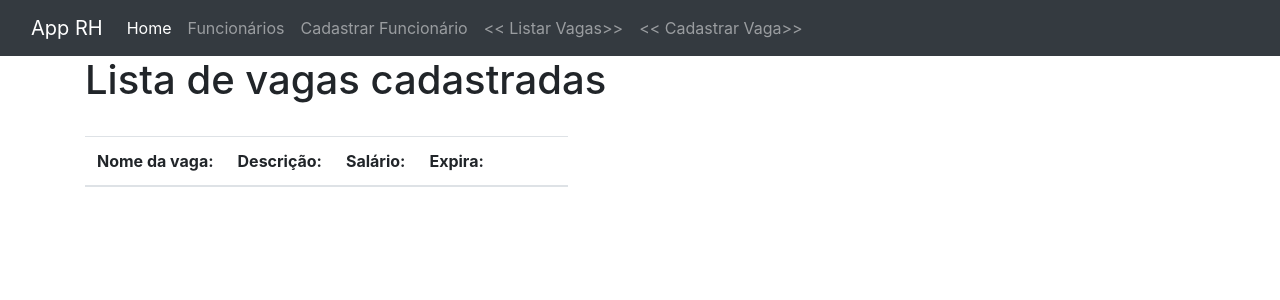
Repository: FilosoDev/SPRING-BOOT-testes
Page: http://localhost/vaga/listaVaga
The author's editor kept a copy of each file at every save. The page is drawn from the files as they stood at one save, then again after the next save.
The browser window is 1280 px wide. The pictures show the whole page.
The page is this project's Thymeleaf template; nobody is signed in. The template is opened directly, without the code that normally fills it, so the values that code supplies are empty.

Above is the page before, as saved 2021-11-22 11:46:27.
Console error: TypeError: Cannot read properties of undefined (reading 'fn')

After the next save:
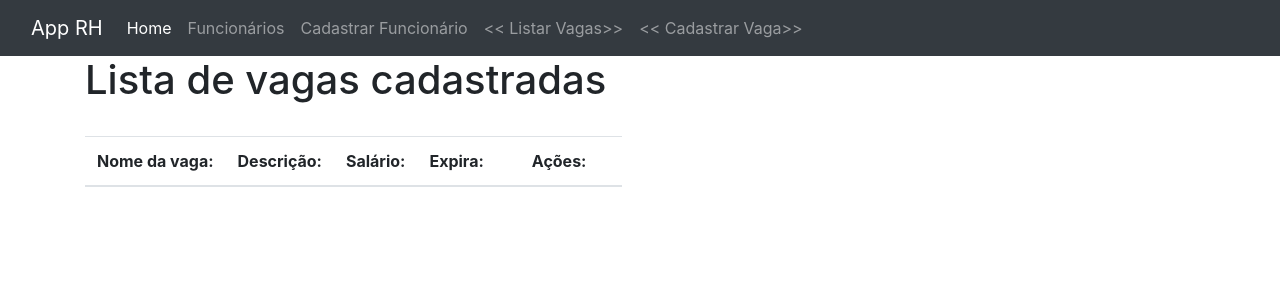
Saved 2 min 15 s later.
--- a/AppRH/AppRH/src/main/resources/templates/vaga/listaVaga.html
+++ b/AppRH/AppRH/src/main/resources/templates/vaga/listaVaga.html
@@ -70,7 +70,7 @@
 					<th scope="col">Salário:</th>
 					<th scope="col">Expira:</th>
 					<th scope="col"></th>
-					<th scope="col"></th>
+					<th scope="col">Ações:</th>
 					<th scope="col"></th>
 				</tr>
 			</thead>
